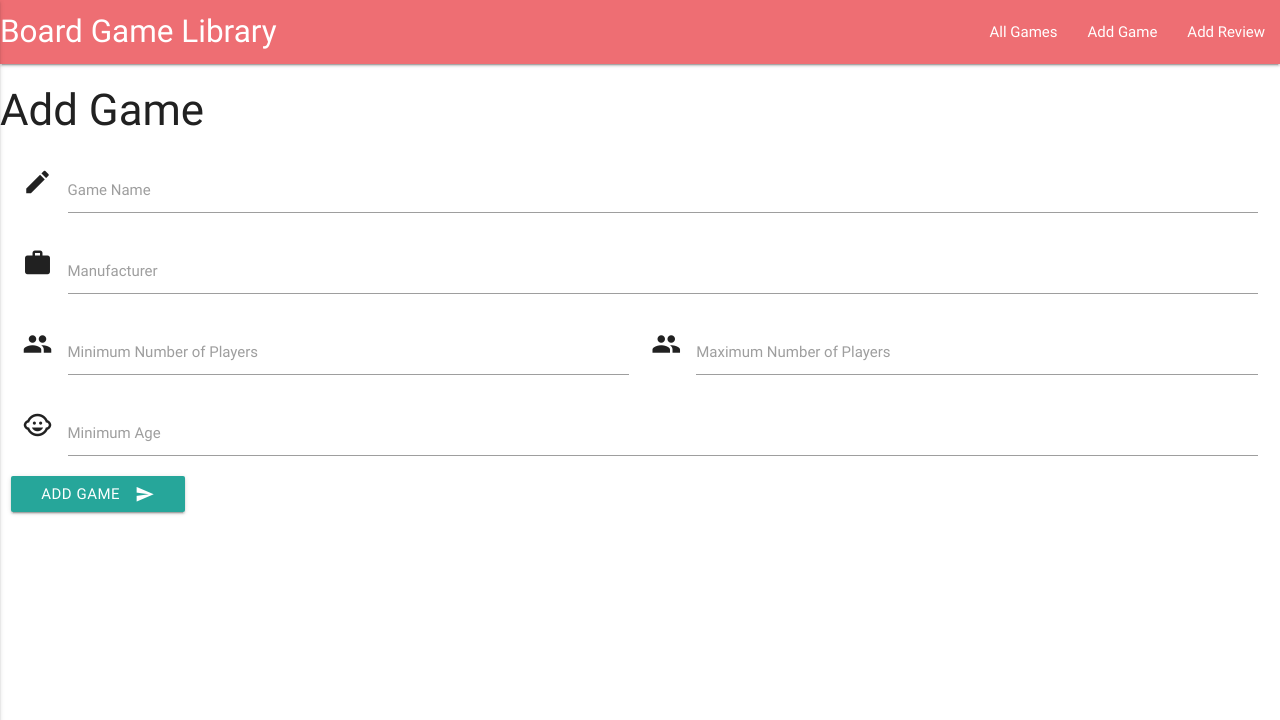
Repository: arcorco/dcd-milestone
Page: http://localhost/add_game
The author's editor kept a record of every edit. The page is drawn from the files as they stood at one moment, then again after the next edit.
The browser window is 1280 px wide. The pictures show the whole page.
Some web libraries are served in a nearby version. The page is served by the project's application, run on Flask 3 (app.py).

Above is the page before.

After the next edit:
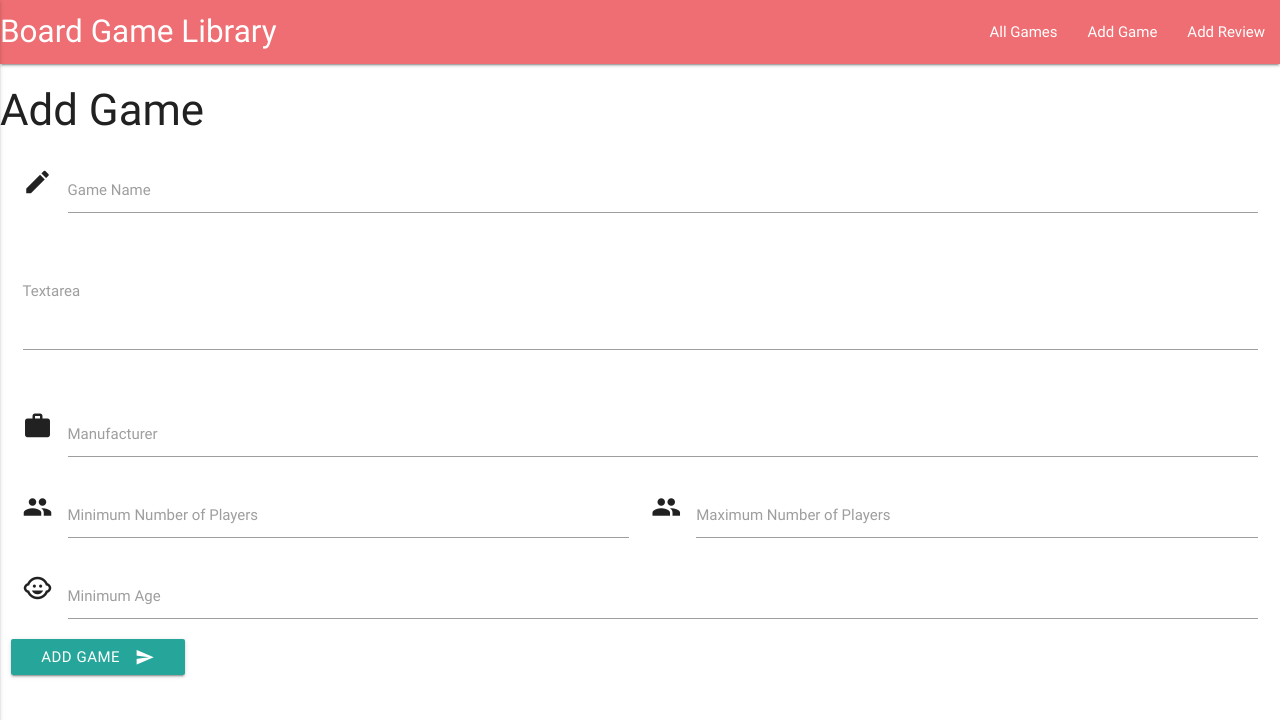
The edit:
--- a/templates/addgame.html
+++ b/templates/addgame.html
@@ -8,6 +8,13 @@
         <i class="material-icons prefix">create</i>
         <input id="game_name" name="game_name" type="text" class="validate">
         <label for="game_name">Game Name</label>
+      </div>
+      </div>
+      <div class="row">
+        <div class="input-field col s12">
+          <textarea id="textarea1" class="materialize-textarea"></textarea>
+          <label for="textarea1">Textarea</label>
+        </div>
       </div>
       <div class="input-field col s12">
         <i class="material-icons prefix">work</i>
